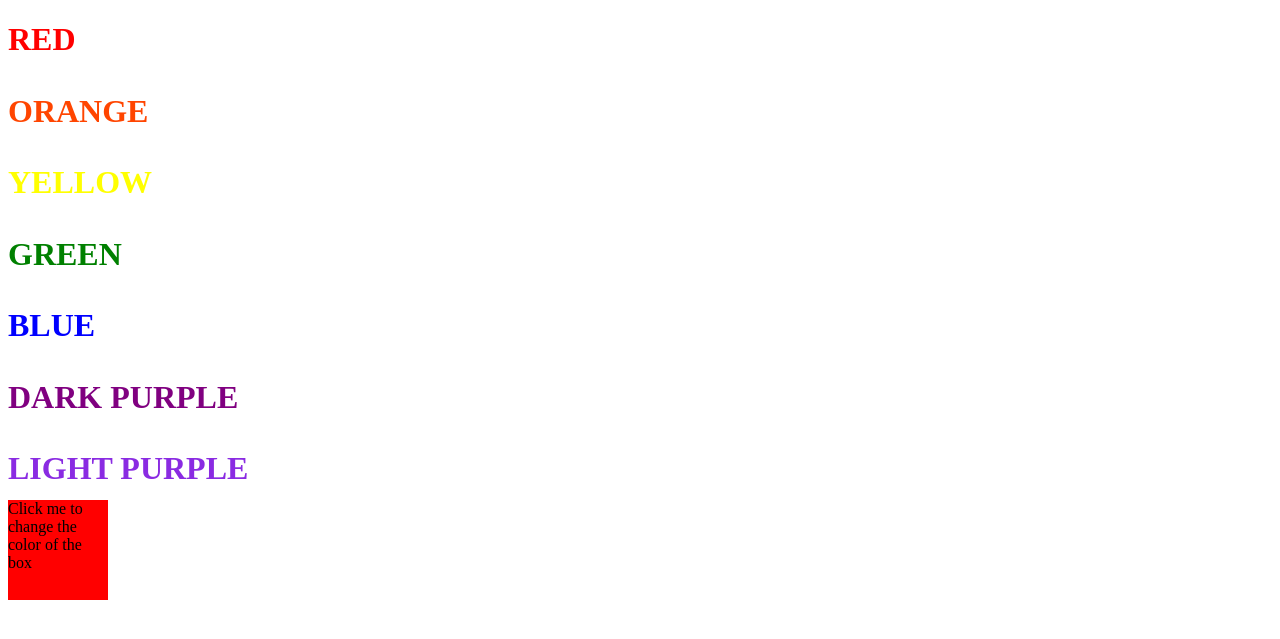
Repository: W3asl3y/IWA-challenges
Page: Interactive Rainbow Challenge/index.html
The author's editor kept a copy of each file at every save. The page is drawn from the files as they stood at one save, then again after a run of saves.
The browser window is 1280 px wide. The pictures show the whole page.

Above is the page before, as saved 2023-02-01 08:59:20.

### Interactive Rainbow Challenge/index.html
<!DOCTYPE html>

<html>
    <head>
        <meta charset="utf-8">
        <meta http-equiv="X-UA-Compatible" content="IE=edge">
        <title></title>
        <meta name="description" content="">
        <meta name="viewport" content="width=device-width, initial-scale=1">
        <link rel="stylesheet" href="css/stylesheet.css">
    </head>
    <body>
        <div class="container" id="redBg" onclick="redDiv()">
            <h1 style="color: #ff0000;">
                RED
            </h1>

        </div>

        <div class="container" id="orangeBg"  onclick="orangeDiv()">
            <h1 style="color: #ff4500;">
                ORANGE
            </h1>

        </div>

        <div class="container" id="yellowBg" onclick="yellowDiv()">
            <h1 style="color: #ffff00;">
                YELLOW
            </h1>

        </div>

        <div class="container" id="greenBg" onclick="greenDiv()">
            <h1 style="color: #008000;">
                GREEN
            </h1>

        </div>

        <div class="container" id="blueBg" onclick="blueDiv()">
            <h1 style="color: #0000ff;">
                BLUE
            </h1>

        </div>

        <div class="container" id="darkPurpleBg" onclick="darkPurpleDiv()">
            <h1 style="color: #800080;">
                DARK PURPLE
            </h1>

        </div>

        <div class="container" id="lightPurpleBg" onclick="lightPurpleDiv()">
            <h1 style="color: #8a2be2;">
                LIGHT PURPLE
            </h1>

        </div>

        <script src="javascript/script.js"></script>
    </body>
</html>

### Interactive Rainbow Challenge/css/stylesheet.css
.container {
    width: 100%;
    height: 50px;
    align-items: center;
    justify-content: center;
    background: #ffffff;

}

### Interactive Rainbow Challenge/javascript/script.js
function redDiv(){
    let e = document.getElementById("redBg");
    let c = window.getComputedStyle(e).backgroundColor;
    if (c === "rgb(255, 255, 255)") {
        document.getElementById("redBg").style.background = "#ff0000";
    }
    else{
        document.getElementById("redBg").style.background = "#ffffff";
    }

    }

function orangeDiv(){
    var e = document.getElementById("orangeBg");
    var c = window.getComputedStyle(e).backgroundColor;
    if (c === "rgb(255, 255, 255)") {
        document.getElementById("orangeBg").style.background = "#ff4500";
    }
    else{
        document.getElementById("orangeBg").style.background = "#ffffff";
    }

    }

function yellowDiv(){
    var e = document.getElementById("yellowBg");
    var c = window.getComputedStyle(e).backgroundColor;
    if (c === "rgb(255, 255, 255)") {
        document.getElementById("yellowBg").style.background = "#ffff00";
    }
    else{
        document.getElementById("yellowBg").style.background = "#ffffff";
    }
    }

function greenDiv(){
    var e = document.getElementById("greenBg");
    var c = window.getComputedStyle(e).backgroundColor;
    if (c === "rgb(255, 255, 255)") {
        document.getElementById("greenBg").style.background = "#008000";
    }
    else{
        document.getElementById("greenBg").style.background = "#ffffff";
    }

    }

function blueDiv(){
    var e = document.getElementById("blueBg");
    var c = window.getComputedStyle(e).backgroundColor;
    if (c === "rgb(255, 255, 255)") {
        document.getElementById("blueBg").style.background = "0000ff";
    }
    else{
        document.getElementById("blueBg").style.background = "#ffffff";
    }

    }

function darkPurpleDiv(){
    var e = document.getElementById("darkPurpleBg");
    var c = window.getComputedStyle(e).backgroundColor;
    if (c === "rgb(255, 255, 255)") {
        document.getElementById("purpleBg").style.background = "#800080";
    }
    else{
        document.getElementById("purpleBg").style.background = "#ffffff";
    }

    }

function lightPurpleDiv(){
    var e = document.getElementById("lightPurpleBg");
    var c = window.getComputedStyle(e).backgroundColor;
    if (c === "rgb(255, 255, 255)") {
        document.getElementById("lightPurpleBg").style.background = "#8a2be2";
    }
    else{
        document.getElementById("lightPurpleBg").style.background = "#ffffff";
    }

    }

       /* change the color of a div by clicking on text inside div */
var colorDiv = document.createElement('div');
colorDiv.style.width = '100px';
colorDiv.style.height = '100px';
colorDiv.style.backgroundColor = 'red';
document.body.appendChild(colorDiv);
var colorDivText = document.createElement('div');
colorDivText.innerHTML = 'Click me to change the color of the box';
colorDiv.appendChild(colorDivText);
colorDiv.addEventListener('click', function() {
  colorDiv.style.backgroundColor = 'blue';
});

After the next 2 saves:
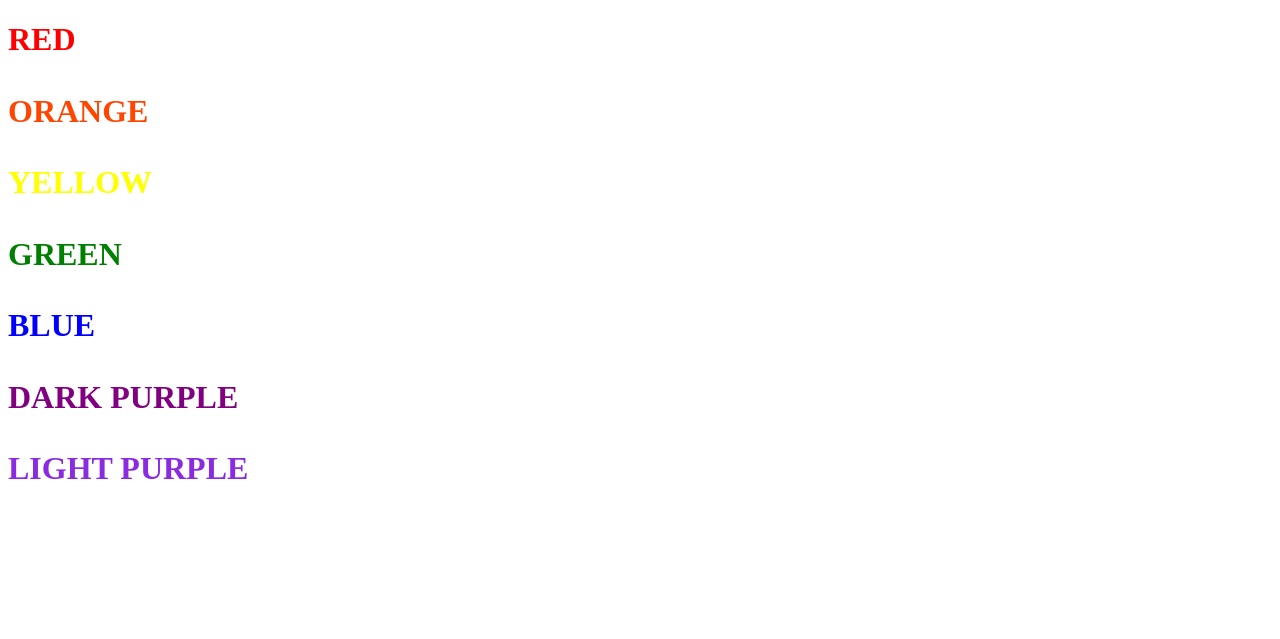
Console error: ReferenceError: colorDiv is not defined
The 2 saves are shown as one change because they came seconds apart.
The last was saved 28 s later.
--- a/Interactive Rainbow Challenge/javascript/script.js
+++ b/Interactive Rainbow Challenge/javascript/script.js
@@ -82,14 +82,14 @@ function lightPurpleDiv(){
     }
 
        /* change the color of a div by clicking on text inside div */
-var colorDiv = document.createElement('div');
-colorDiv.style.width = '100px';
-colorDiv.style.height = '100px';
-colorDiv.style.backgroundColor = 'red';
-document.body.appendChild(colorDiv);
-var colorDivText = document.createElement('div');
-colorDivText.innerHTML = 'Click me to change the color of the box';
-colorDiv.appendChild(colorDivText);
-colorDiv.addEventListener('click', function() {
-  colorDiv.style.backgroundColor = 'blue';
+    //var colorDiv = document.createElement('div');
+    //colorDiv.style.width = '100px';
+    colorDiv.style.height = '100px';
+    colorDiv.style.backgroundColor = 'red';
+    document.body.appendChild(colorDiv);
+    var colorDivText = document.createElement('div');
+    colorDivText.innerHTML = 'Click me to change the color of the box';
+    colorDiv.appendChild(colorDivText);
+    colorDiv.addEventListener('click', function() {
+    colorDiv.style.backgroundColor = 'blue';
 });
